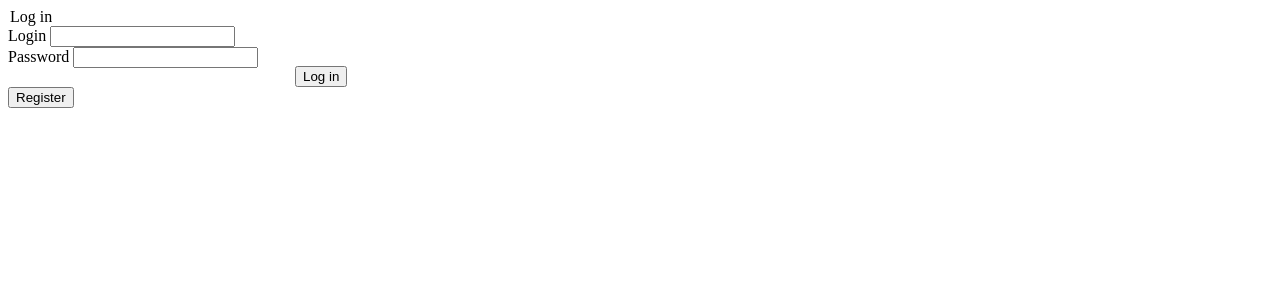
Repository: zlenyk/wrzucak
Page: Shop/WebContent/index.html
The author's editor kept a copy of each file at every save. The page is drawn from the files as they stood at one save, then again after the next save.
The browser window is 1280 px wide. The pictures show the whole page.

Above is the page before, as saved 2013-09-23 14:22:59.

### Shop/WebContent/index.html
<!DOCTYPE html PUBLIC "-//W3C//DTD XHTML 1.0 Transitional//EN" "http://www.w3.org/TR/xhtml1/DTD/xhtml1-transitional.dtd">
<html xmlns="http://www.w3.org/1999/xhtml">

<head>

	<title>Login Page</title>

</head>

<body>

	<form method="post" action="http://localhost:8080/Shop/Login">

			<legend>Log in</legend>

			<label for="login">Login</label>
			<input type="text" id="login" name="login"/>
			<div class="clear"></div>

			<label for="password">Password</label>
			<input type="password" id="password" name="password"/>
			<div class="clear"></div>

			<input type="hidden" name ="action" value = "login" />

			<br />

			<input type="submit" style="margin: -20px 0 0 287px;" value="Log in"/>
	</form>

	<form  method="post" action="http://localhost:8080/Shop/Registration">
			<input type="submit" value="Register"/>
	</form>
</body>

</html>

After the next save:
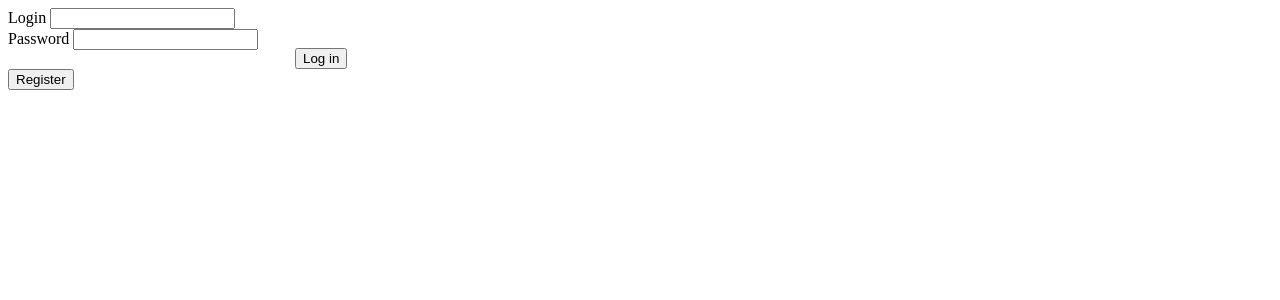
Saved 10 s later.
--- a/Shop/WebContent/index.html
+++ b/Shop/WebContent/index.html
@@ -11,7 +11,6 @@
 
 	<form method="post" action="http://localhost:8080/Shop/Login">
 
-			<legend>Log in</legend>
 
 			<label for="login">Login</label>
 			<input type="text" id="login" name="login"/>
